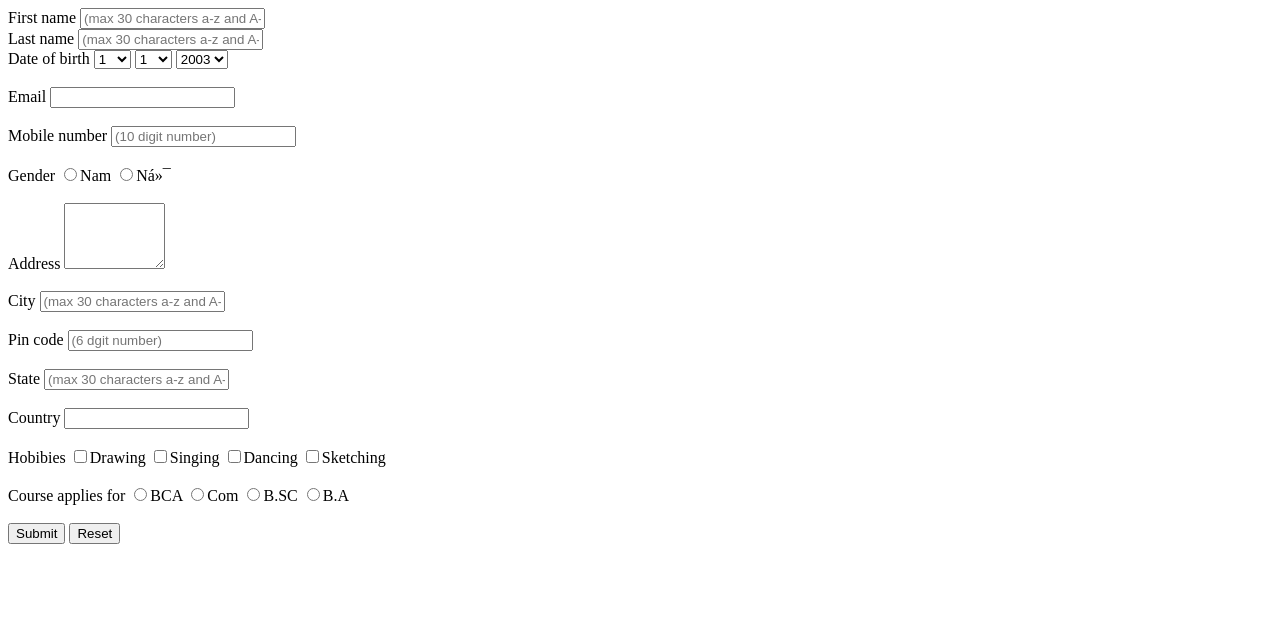
Repository: Knguyen2003/Spring
Page: http://localhost/PhanNguyenKhoiNguyen_21068021_Tuan04/StudentForm.jsp
The author's editor kept a copy of each file at every save. The page is drawn from the files as they stood at one save, then again after the next save.
The browser window is 1280 px wide. The pictures show the whole page.
The page is served by Tomcat 10. Other server files are loaded and not shown.

Above is the page before, as saved 2024-09-11 07:21:49.

### JavaServlet/Tuan4/PhanNguyenKhoiNguyen_21068021_Tuan04/PhanNguyenKhoiNguyen_21068021_Tuan04/PhanNguyenKhoiNguyen_21068021_Tuan04/src/main/webapp/StudentForm.jsp
<%@ page language="java" contentType="text/html; charset=ISO-8859-1"
    pageEncoding="ISO-8859-1"%>
<!DOCTYPE html>
<html>
<head>
<meta charset="ISO-8859-1">
<title>Insert title here</title>
</head>
<body>

	<form action="StudentSevlet" method = "post">

	    <label>First name</label>
	    <input type="text" name="txtFirstName" maxlength="30" placeholder="(max 30 characters a-z and A-z)"> <br>
	    <label>Last name</label>
	    <input type="text" name="txtLastName" maxlength="30" placeholder="(max 30 characters a-z and A-z)"><br>
	    <label>Date of birth</label>
	    <select id="ngay" name="day">
            <option value="01">1</option>
            <option value="02">2</option>
            <option value="03">3</option>
            <option value="04">4</option>
            <option value="05">5</option>
            <option value="06">6</option>
            <option value="07">7</option>
            <option value="08">8</option>
            <option value="09">9</option>
            <option value="10">10</option>
        </select>
        <select id="thang" name="month">
            <option value="01">1</option>
            <option value="02">2</option>
            <option value="03">3</option>
            <option value="04">4</option>
            <option value="05">5</option>
            <option value="06">6</option>
            <option value="07">7</option>
            <option value="08">8</option>
            <option value="09">9</option>
            <option value="10">10</option>
            <option value="11">11</option>
            <option value="12">12</option>
        </select>
        <select id="name" name="year">
            <option value="2003">2003</option>
            <option value="2004">2004</option>
            <option value="2005">2005</option>
            <option value="2006">2006</option>
        </select><br><br>
	    <label>Email</label>
	    <input type="text" name="txtEmail" maxlength="30"><br><br>
	    <label>Mobile number</label>
	    <input type="text" name="txtPhone" maxlength="30" placeholder="(10 digit number)"><br><br>
	    <label>Gender</label>
	    <label><input type="radio" name="gioitinh" value="nam" required>Nam</label>
	    <label><input type="radio" name="gioitinh" value="nu">Nữ</label><br><br>
	    <label>Address</label>
	    <textarea rows="4" cols="10" name="txtAddress"></textarea><br><br>
	    <label>City</label>
	    <input type="text" name="txtCity" maxlength="30" placeholder="(max 30 characters a-z and A-z)"><br><br>
	    <label>Pin code</label>
	    <input type="text" name="txtPincode" maxlength="30" placeholder="(6 dgit number)"><br><br>
	    <label>State</label>
	    <input type="text" name="txtState" maxlength="30" placeholder="(max 30 characters a-z and A-z)"><br><br>
	    <label>Country</label>
	    <input type="text" name="txtCountry" maxlength="30"><br><br>
	    <label>Hobibies</label>
	    <label><input type="checkbox" name="hobbies" value="Drawing" required>Drawing</label>
	    <label><input type="checkbox" name="hobbies" value="Singing">Singing</label>
	    <label><input type="checkbox" name="hobbies" value="Dancing" required>Dancing</label>
	    <label><input type="checkbox" name="hobbies" value="Sketching">Sketching</label><br><br>
	    <!-- Thieu table va other hobbies -->
	    <label>Course applies for</label>
	    <label><input type="radio" name="course" value="BCA" required>BCA</label>
	    <label><input type="radio" name="course" value="Com">Com</label>
	    <label><input type="radio" name="course" value="B.SC" required>B.SC</label>
	    <label><input type="radio" name="course" value="B.A">B.A</label><br><br>

	    <input type="submit" value="Submit">
	    <input type="reset" value="Reset">

	</form>


</body>
</html>

After the next save:
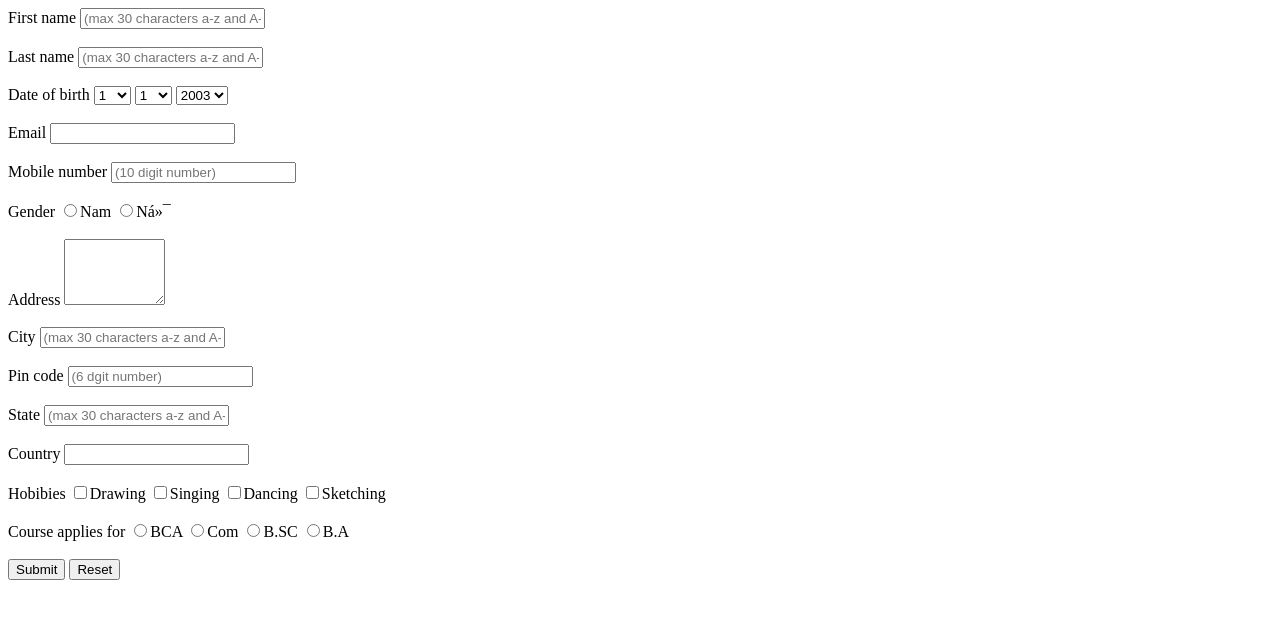
Saved 11 s later.
--- a/JavaServlet/Tuan4/PhanNguyenKhoiNguyen_21068021_Tuan04/PhanNguyenKhoiNguyen_21068021_Tuan04/PhanNguyenKhoiNguyen_21068021_Tuan04/src/main/webapp/StudentForm.jsp
+++ b/JavaServlet/Tuan4/PhanNguyenKhoiNguyen_21068021_Tuan04/PhanNguyenKhoiNguyen_21068021_Tuan04/PhanNguyenKhoiNguyen_21068021_Tuan04/src/main/webapp/StudentForm.jsp
@@ -11,9 +11,9 @@
 	<form action="StudentSevlet" method = "post">
 
 	    <label>First name</label>
-	    <input type="text" name="txtFirstName" maxlength="30" placeholder="(max 30 characters a-z and A-z)"> <br>
+	    <input type="text" name="txtFirstName" maxlength="30" placeholder="(max 30 characters a-z and A-z)"> <br><br>
 	    <label>Last name</label>
-	    <input type="text" name="txtLastName" maxlength="30" placeholder="(max 30 characters a-z and A-z)"><br>
+	    <input type="text" name="txtLastName" maxlength="30" placeholder="(max 30 characters a-z and A-z)"><br><br>
 	    <label>Date of birth</label>
 	    <select id="ngay" name="day">
             <option value="01">1</option>
